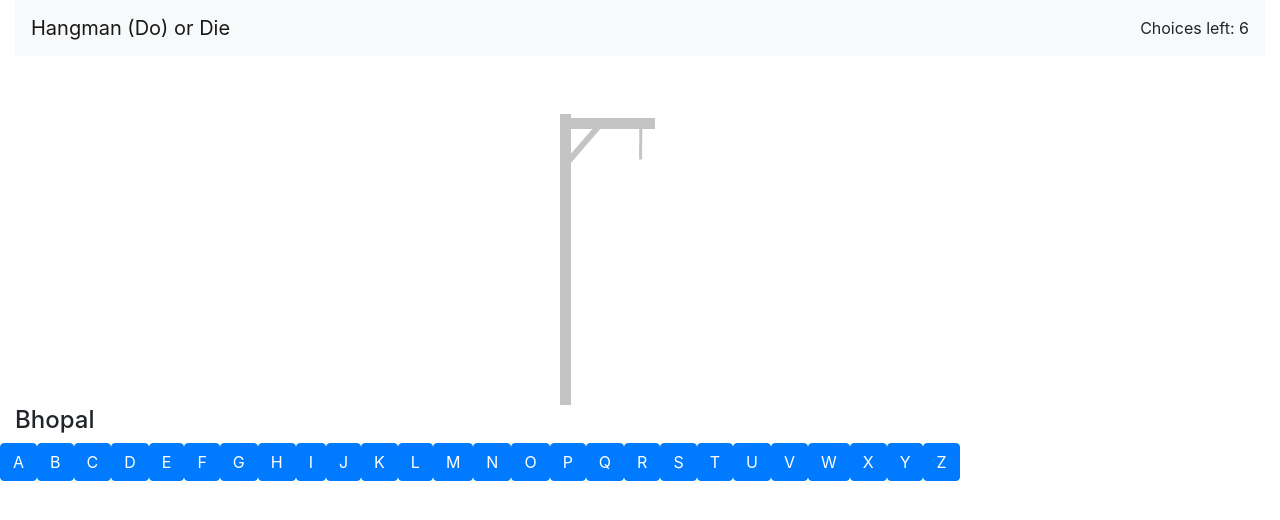
Repository: jatinhchanchlani/hangman
Page: /
These files come from the project's save history. The page is drawn as it stood at one moment and after the next save; the edit follows.
The browser window is 1280 px wide. The pictures show the whole page.
The project was rebuilt for these pictures with package versions that can differ from the ones it lists, and the page was loaded fresh each time. Also part of the build but not shown: src/App.css.

Above is the page before, as saved 2020-10-24 15:56:05.

### src/index.js
import React from 'react';
import ReactDOM from 'react-dom';
import './index.css';
import App from './App';
import * as serviceWorker from './serviceWorker';
import 'bootstrap/dist/css/bootstrap.css';

ReactDOM.render( <
  React.StrictMode >
  <
  App / >
  <
  /React.StrictMode>,
  document.getElementById('root')
);

// If you want your app to work offline and load faster, you can change
// unregister() to register() below. Note this comes with some pitfalls.
// Learn more about service workers: https://bit.ly/CRA-PWA
serviceWorker.unregister();

### src/App.js
import React from 'react';
import './App.css';
import Game from './components/game';

function App() {
  return ( <
    Game / >
  );
}

export default App;

### src/components/game.jsx
import React, { Component } from "react";
import Image from "./image";
import Header from "./header";
import Letters from "./letters";
import { getRandomCity } from "../model/cities";

const MAX_CHOICES = 6;

class Game extends Component {
  state = { maxChoices: MAX_CHOICES, choicesLeft: MAX_CHOICES };
  render() {
    return (
      <div className="container-fluid">
        <Header choicesLeft={this.state.choicesLeft} />
        <div className="row">
          <div className="col col-sm-5" />
          <div>
            <Image
              choicesLeft={this.state.choicesLeft}
              maxChoices={this.state.maxChoices}
            />
          </div>
        </div>

        <h4>{getRandomCity()}</h4>
        <Letters />
      </div>
    );
  }
}

export default Game;

### src/components/image.jsx
import React, { Component } from "react";

class Image extends Component {
  render() {
    const { choicesLeft, maxChoices } = this.props;
    const imagePath = maxChoices - choicesLeft + ".jpg";
    return (
      <img
        className="card-image image-fluid"
        src={require("../images/" + imagePath)}
        alt={imagePath}
      />
    );
  }
}

export default Image;

### src/components/header.jsx
import React, { Component } from "react";

class Header extends Component {
  render() {
    return (
      <nav class="navbar navbar-expand-md navbar-light bg-light">
        <div class="navbar-collapse collapse w-100 order-1 order-md-0 dual-collapse2">
          <div class="navbar-brand">Hangman (Do) or Die</div>
        </div>
        <div class="navbar-collapse collapse w-100 order-3 dual-collapse2">
          <ul class="navbar-nav ml-auto">
            <li class="nav-item">
              <span class="nav-item">
                Choices left: {this.props.choicesLeft}
              </span>
            </li>
          </ul>
        </div>
      </nav>
    );
  }
}

export default Header;

### src/components/letters.jsx
import React, { Component } from "react";

class Letters extends Component {
  render() {
    return (
      <div className="row">
        {Array(26)
          .fill()
          .map((_, index) => String.fromCharCode("A".charCodeAt(0) + index))
          .map((char) => (
            <button key={char} className="btn btn-primary">
              {char}
            </button>
          ))}
      </div>
    );
  }
}

export default Letters;

### src/model/cities.js
const MIN = 0;
const MAX = 24;

const cities = {
    0: "Mumbai",
    1: "New Delhi",
    2: "Chennai",
    3: "Hyderabad",
    4: "Bengaluru",
    5: "Ahmedabad",
    6: "Jaipur",
    7: "Kolkata",
    8: "Lucknow",
    9: "Bhopal",
    10: "Chandigarh",
    11: "Patna",
    12: "Jabalpur",
    13: "Pune",
    14: "Surat",
    15: "Indore",
    16: "Kanpur",
    17: "Visakhapatnam",
    18: "Agra",
    19: "Varanasi",
    20: "Amritsar",
    21: "Udaipur",
    22: "Noida",
    23: "Ludhiana",
    24: "Gwalior",
}

// Returns a random number between min and max. Min and max are both inclusive
export function getRandomIntInclusive(min, max) {
    min = Math.ceil(min);
    max = Math.floor(max);
    return Math.floor(Math.random() * (max - min + 1) + min);
}

export function getRandomCity() {
    return cities[getRandomIntInclusive(MIN, MAX)];
}

Loaded but not shown: public/index.html (common file); src/index.css (common file); src/serviceWorker.js (common file)

After the next save:
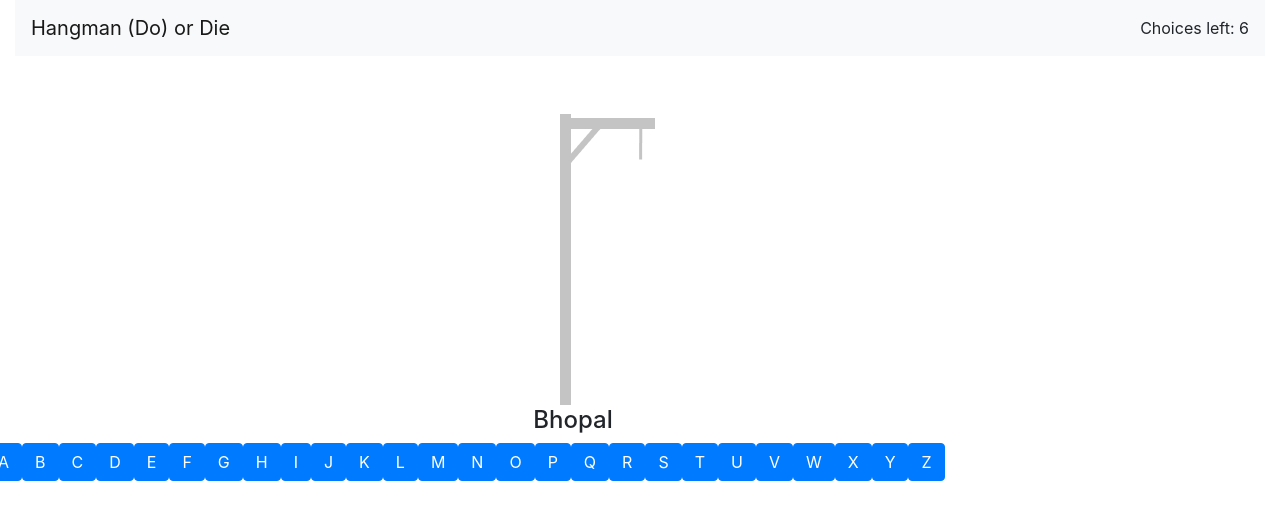
Saved 48 s later.
--- a/src/components/game.jsx
+++ b/src/components/game.jsx
@@ -21,9 +21,14 @@ class Game extends Component {
             />
           </div>
         </div>
-
-        <h4>{getRandomCity()}</h4>
-        <Letters />
+        <div className="row">
+          <div className="col col-sm-5" />
+          <h4>{getRandomCity()}</h4>
+        </div>
+        <div className="row">
+          <div className="col col-sm-5" />
+          <Letters />
+        </div>
       </div>
     );
   }
